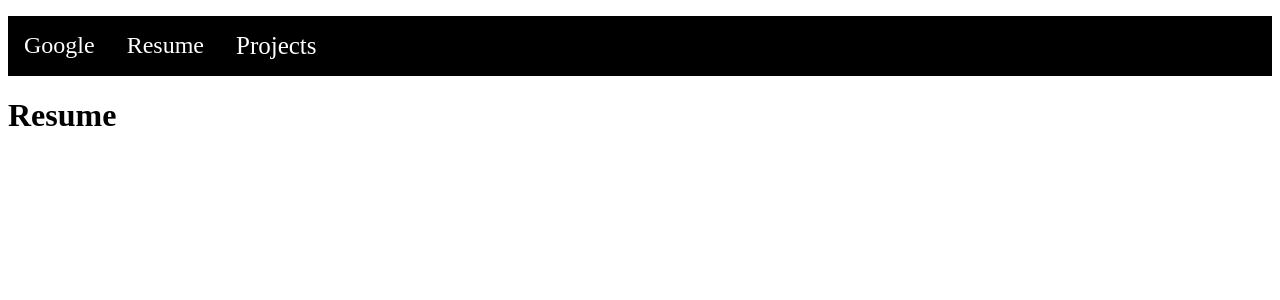
Repository: GunnarStone/GunnarStone.github.io
Page: resume.html
The author's editor kept a record of every edit. The page is drawn from the files as they stood at one moment, then again after the next edit.
The browser window is 1280 px wide. The pictures show the whole page.

Above is the page before.

After the next edit:
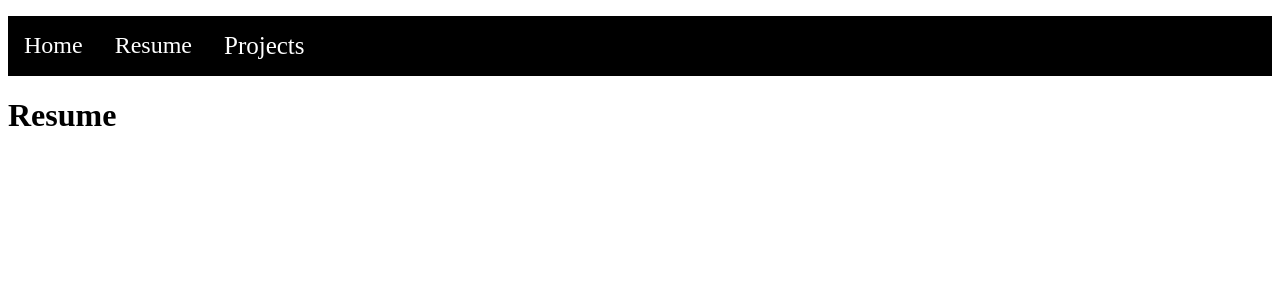
The edit:
--- a/resume.html
+++ b/resume.html
@@ -56,8 +56,8 @@
 </head>
 <body>
     <ul class=navbar>
-        <li><a href="./">Google</a></li>
-        <li><a href="resume.html">Resume</a></li>
+        <li><a href="index.html">Home</a></li>
+        <li class="active"><a href="resume.html">Resume</a></li>
         <li class="dropdown">
             <div class="youre-Special" >Projects</div>
             <ul class="dropdown-cnt">
